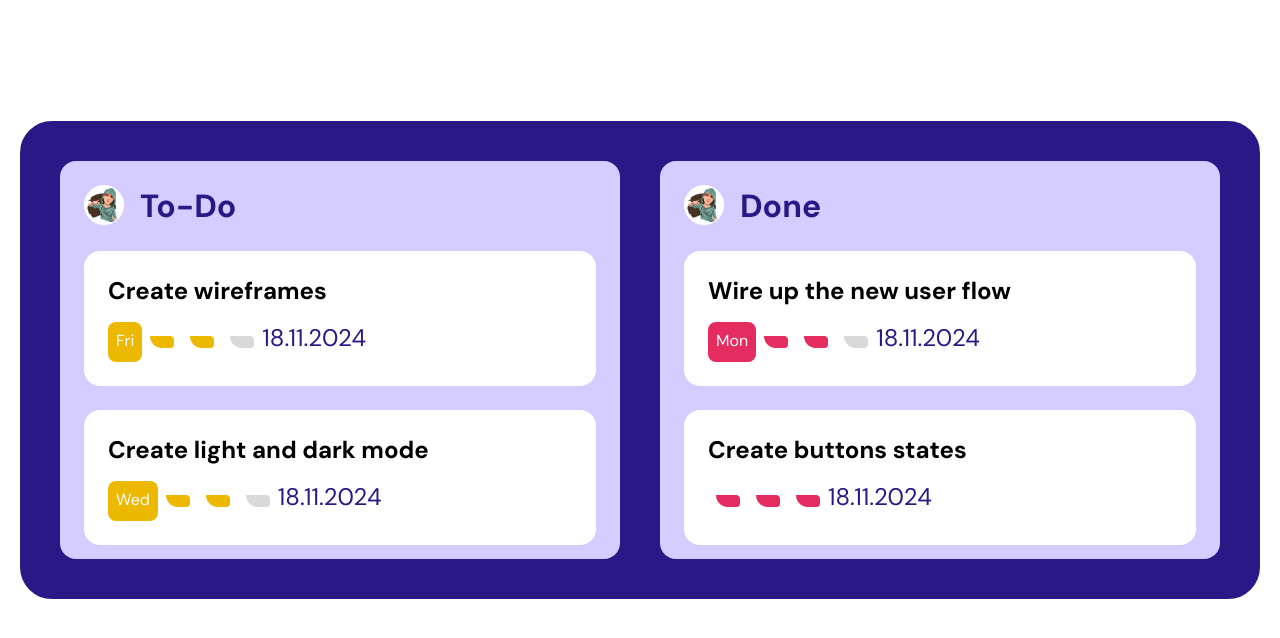
Repository: VitasYo/Kanban
Page: index.html
An editor plug-in stored every save of this project. The page is shown before and after the next save, followed by the edit.
The browser window is 1280 px wide. The pictures show the whole page.

Above is the page before, as saved 2024-04-15 20:15:05.

After the next save:
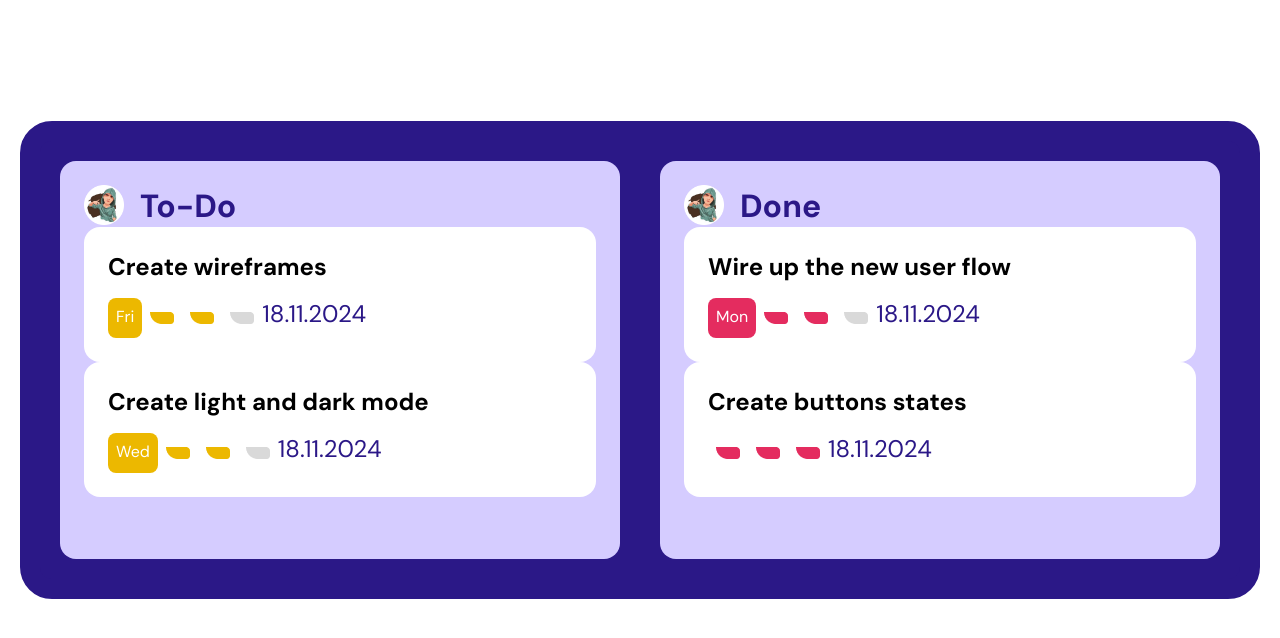
Saved 10 s later.
--- a/src/assets/css/component/_kanban.css
+++ b/src/assets/css/component/_kanban.css
@@ -36,7 +36,7 @@
     width: 512px;;
     background-color: white;
     border-radius: 16px;
-    margin-top: 24px;
+    margin-: 24px;
     padding: 24px;
 }
 

After the save that followed:
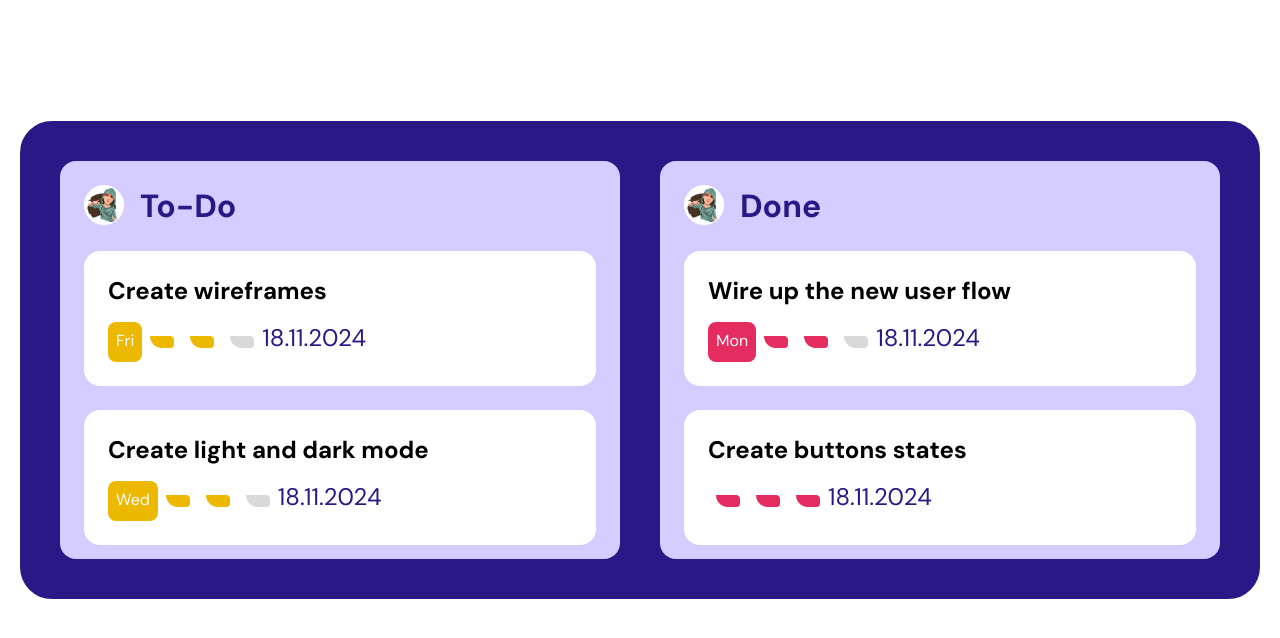
Saved 4 s later.
--- a/src/assets/css/component/_kanban.css
+++ b/src/assets/css/component/_kanban.css
@@ -36,7 +36,7 @@
     width: 512px;;
     background-color: white;
     border-radius: 16px;
-    margin-: 24px;
+    margin-block: 24px;
     padding: 24px;
 }
 
